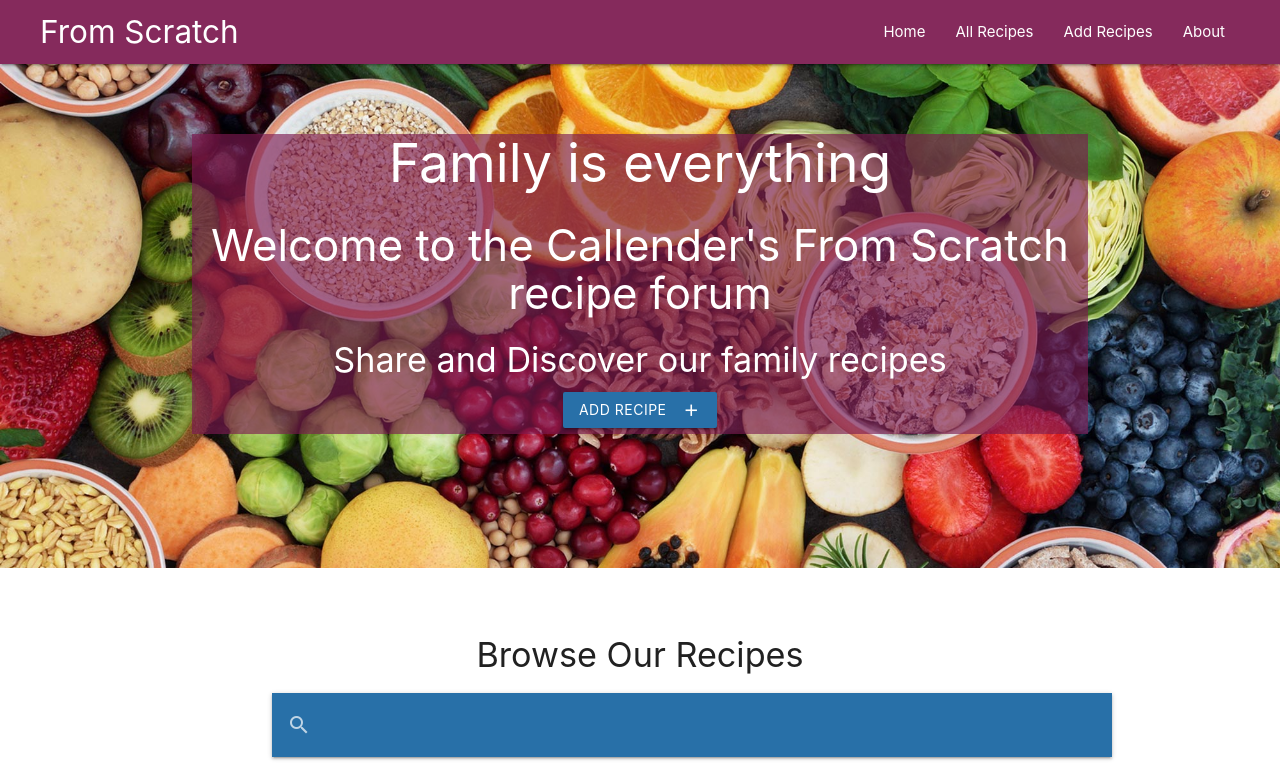
Repository: callendera/MilestoneProject3
Page: http://localhost/
The author's editor kept a record of every edit. The page is drawn from the files as they stood at one moment, then again after the next edit.
The browser window is 1280 px wide. The pictures show the whole page.
Backgrounds fixed to the window are drawn as part of the page. The page is served by the project's application, run on Flask 3 (recipe.py). Queries for data that is not in the repository find no rows.

Above is the page before.
Console error: SyntaxError: Unexpected token ')'

After the next edit:
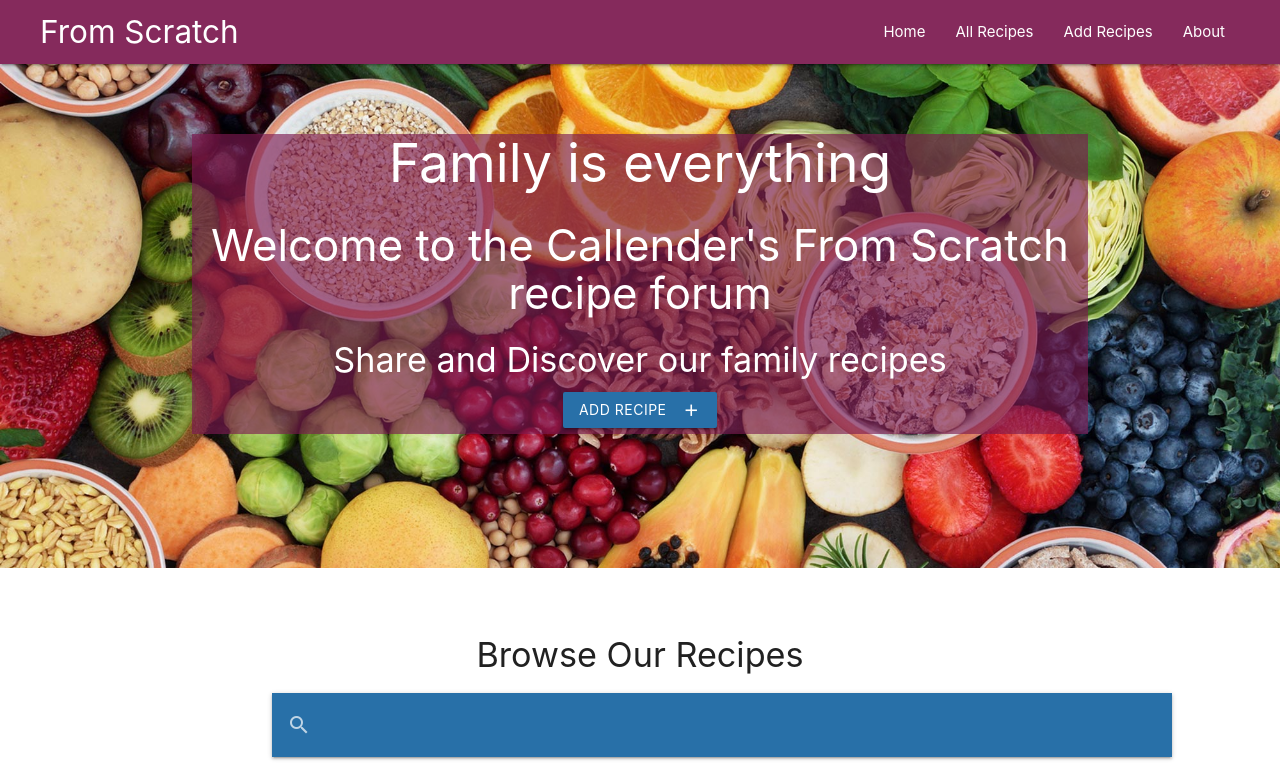
The edit:
--- a/static/css/style.css
+++ b/static/css/style.css
@@ -84,7 +84,7 @@
 
 .my-search-bar-margin {
     margin-top: 20px;
-    width: 840px;
+    width: 900px;
 }
 
 /*---Media Queries---*/
